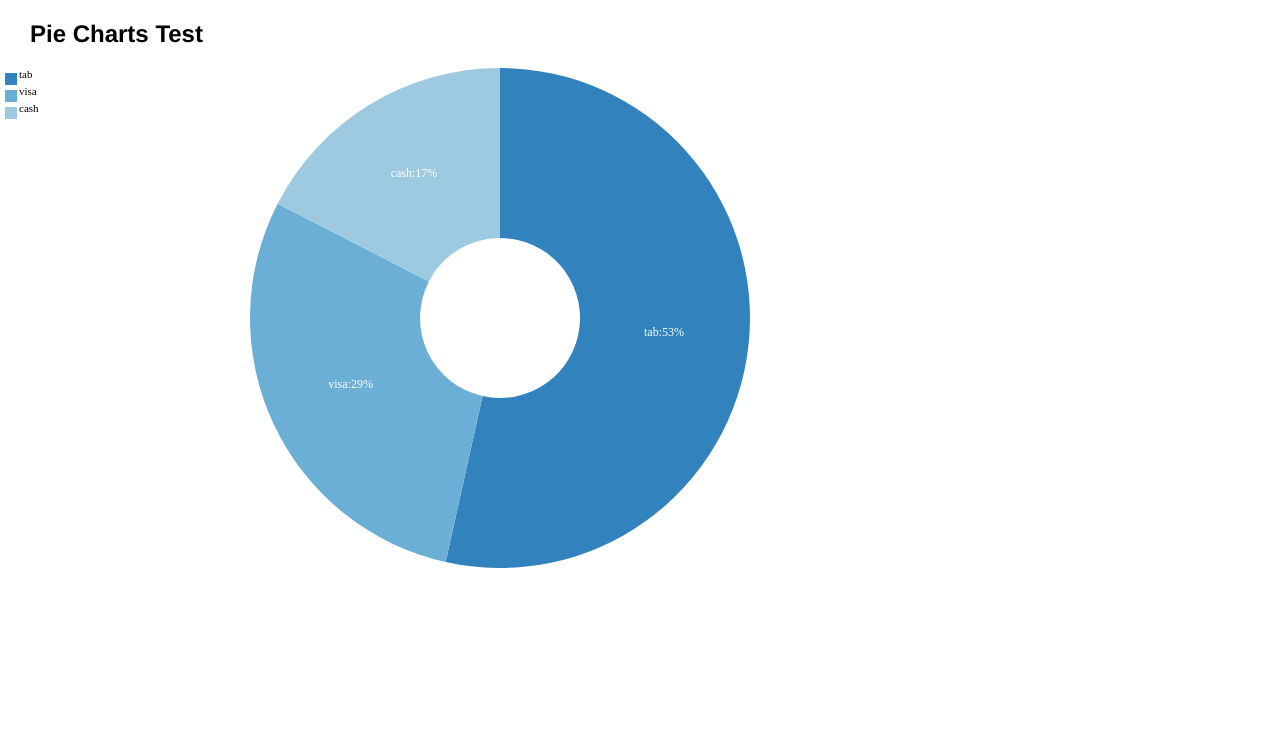
Repository: fLavery/DC.js-Test
Page: Piechart.html
The author's editor kept a record of every edit. The page is drawn from the files as they stood at one moment, then again after the next edit.
The browser window is 1280 px wide. The pictures show the whole page.

Above is the page before.

After the next edit:
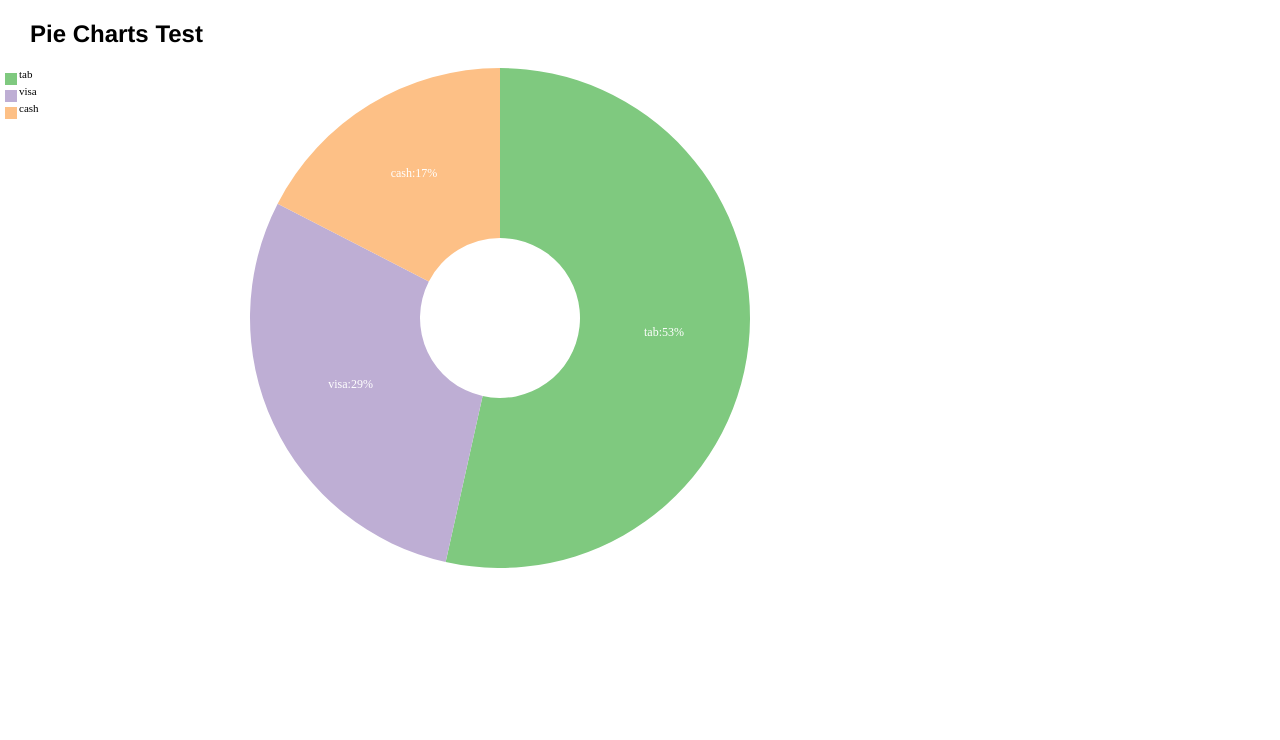
The edit:
--- a/Piechart.html
+++ b/Piechart.html
@@ -106,7 +106,7 @@
     .innerRadius(80)//doughnut piechart
 
     .title(function(d) { return d.key + ': $' +d.value;})//hover add $
-
+    .colors(d3.scaleOrdinal(d3.schemeAccent))
     .label(function (d){    return d.key+':' + Math.round((d.value/sumTotal)*100,0)+'%';})//percentage hover label
     //.margins({top:10,bottom:30,right:10,left:50})
     .dimension(typeDimension)
